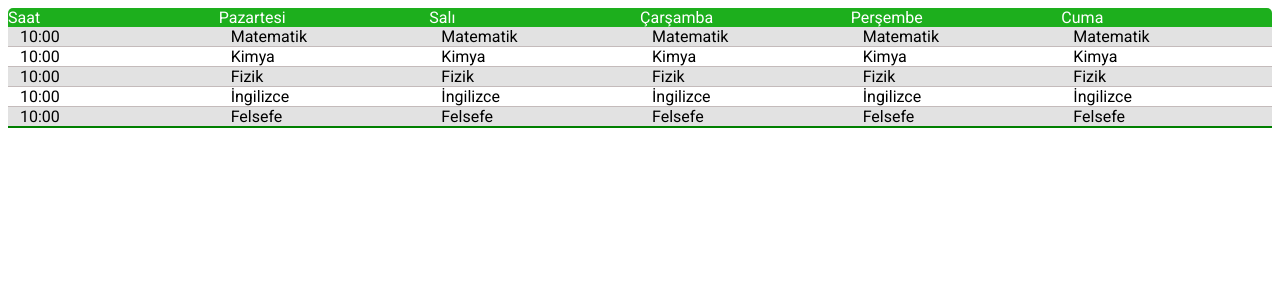
Repository: ahmetbugraozcan/css-ders-programi
Page: deneme.html
An editor plug-in stored every save of this project. The page is shown before and after the next save, followed by the edit.
The browser window is 1280 px wide. The pictures show the whole page.

Above is the page before, as saved 2021-07-10 10:07:31.

After the next save:
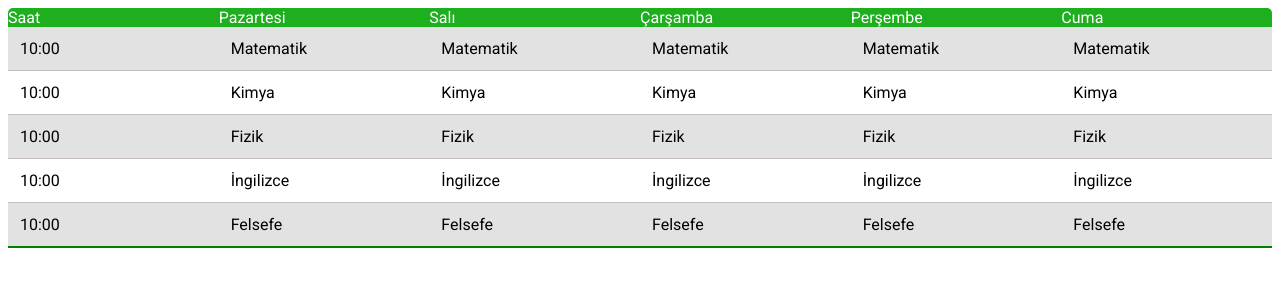
Saved 7 s later.
--- a/deneme.html
+++ b/deneme.html
@@ -43,7 +43,7 @@ body {
     }
 
     .row > .col > div{
-        padding-left: 12px;
+        padding:12px;
     }
     .col {
         flex: 1;
